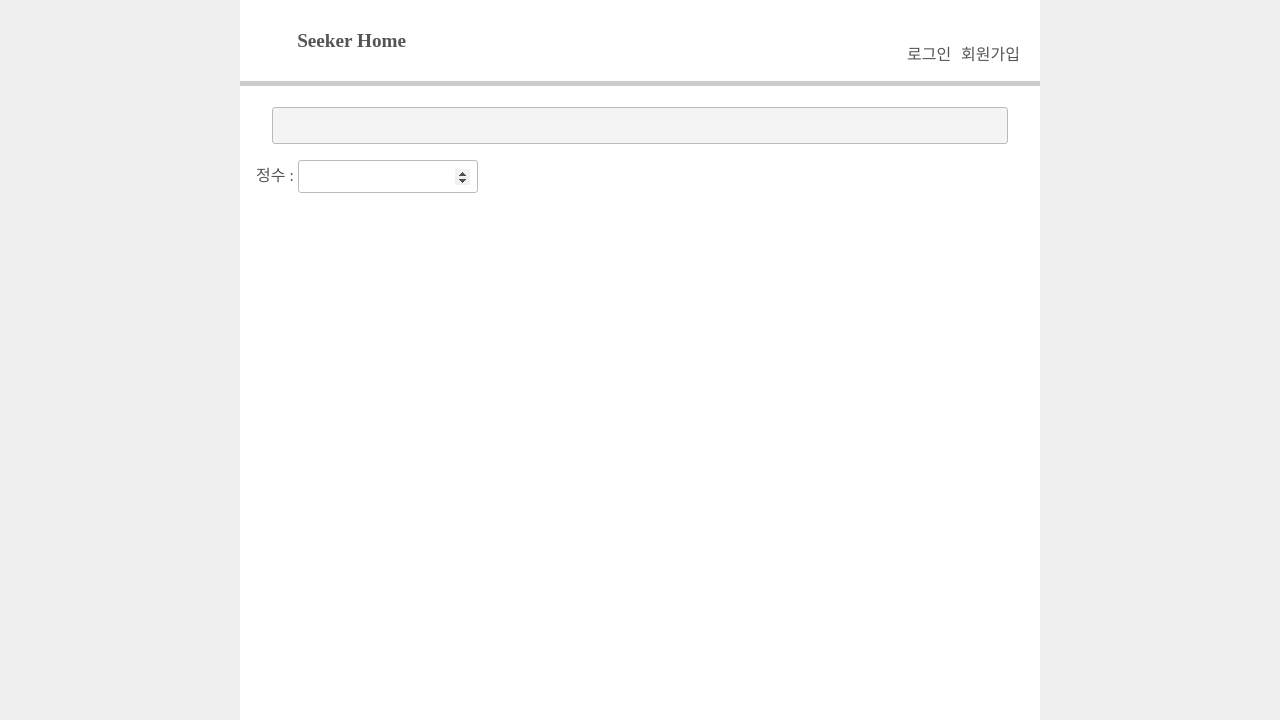
Repository: Seeker2250/JspTest
Page: http://localhost/jspPro/days01/ex03_06.jsp
The author's editor kept a copy of each file at every save. The page is drawn from the files as they stood at one save, then again after the next save.
The browser window is 1280 px wide. The pictures show the whole page.
Some web fonts or font styles are not loaded; a fallback is used. The page is served by Tomcat 9.

Above is the page before, as saved 2024-10-15 23:46:07.

After the next save:
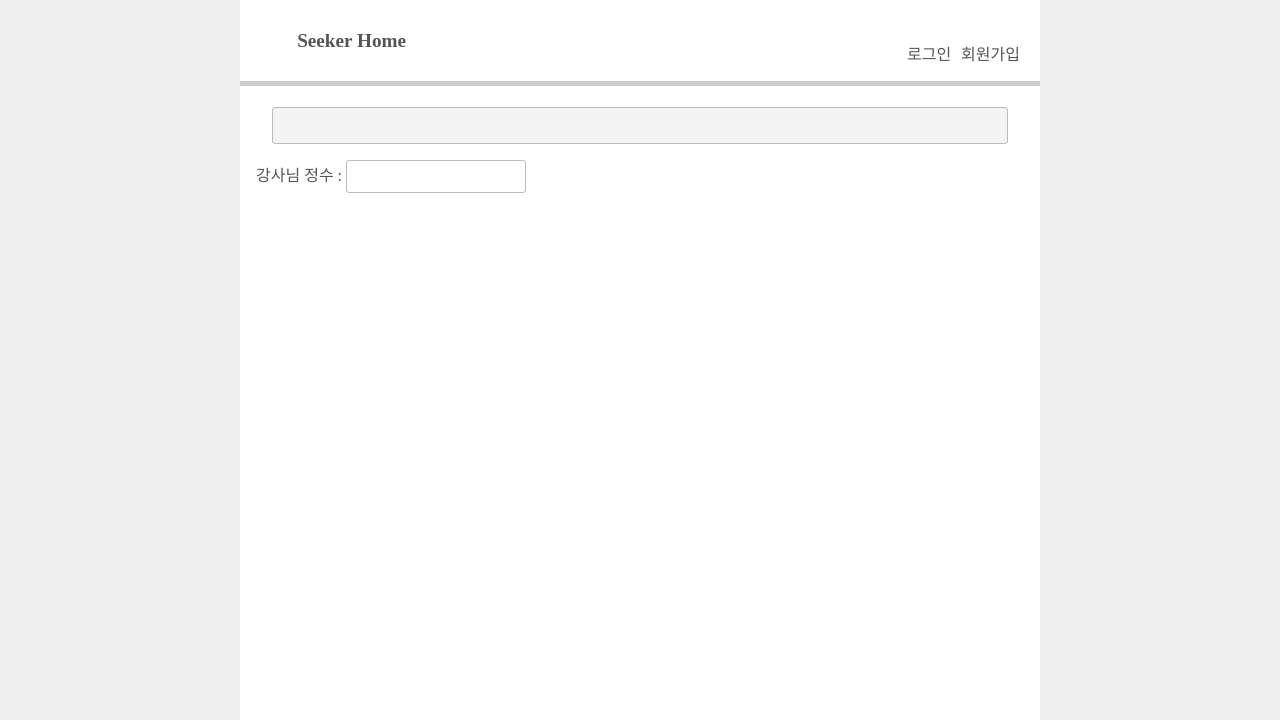
Saved 20 min 46 s later.
--- a/jspPro/src/main/webapp/days01/ex03_06.jsp
+++ b/jspPro/src/main/webapp/days01/ex03_06.jsp
@@ -43,19 +43,71 @@
 	</header>
 	<div>
 		<xmp class="code"> </xmp>
+		강사님
+  </xmp>
+  <!-- <form> -->
+  정수 : <input type="text" id="num" name="num" autofocus="autofocus" value="<%= pNum != null ? pNum : "" %>">
+  <p id="demo">
+  <%
+    if( pNum != null && !pNum.equals("") ){
+          int sum = 0;
+          for(int i=1; i<= num ; i++){
+             sum += i;
+        %><%= i %>+<%
+          } // for
+        %>=<%= sum %>
+        <%
+    } // if
+  %>
+  </p>
+  <!-- </form> -->
+  <script>
+    $("#num")
+      .css("text-align","center")
+      .on({
+         "keydown":function (e){
+            if ( !(e.which >= 48 && e.which <= 57
+                     || e.which == 8
+                     || e.which == 13
+                     || e.which == 229
+                 )){
+               alert("숫자만 입력하세요.");
+               e.preventDefault();
+            } // if
+         },
+         "keyup":function (event){
+           //if( $("#num").val().length != 0  && event.which == 13){
+           if( event.which == 13){
+              // js BOM
+              // $("form").submit();
+              let numValue = $("#num").val();
+              location.href = `ex03_06.jsp?num=\${numValue}`;
+           } // if
+         }
+      });
+  </script>
+</div>
+</body>
+</html>
 
-		정수 : <input type="number" id="num" autofocus value="<%= pNum != null ? pNum : "" %>"> <br>
-		<p id="demo">
-		<%
-		if(pNum != null && !pNum.equals("")){
-		  int sum = 0;
-		  for(int i = 1; i <= num; i++){
-		  sum +=i;
-		  out.write(i+"+");
-		  }
-		  out.write("=" + sum);
-		}
-	  %></p>
+
+
+
+<!--
+정수 : <input type="number" id="num" autofocus value="<%= pNum != null ? pNum : "" %>"> <br>
+<p id="demo">
+
+<%-- <%
+if(pNum != null && !pNum.equals("")){
+  int sum = 0;
+  for(int i = 1; i <= num; i++){
+  sum +=i;
+  out.write(i+"+");
+  }
+  out.write("=" + sum);
+}
+ %> --%>
+ </p>
 <script>
 $("#num")
   .css("text-align","center")
@@ -88,4 +140,4 @@
 
 	</div>
 </body>
-</html>
+</html>-->
